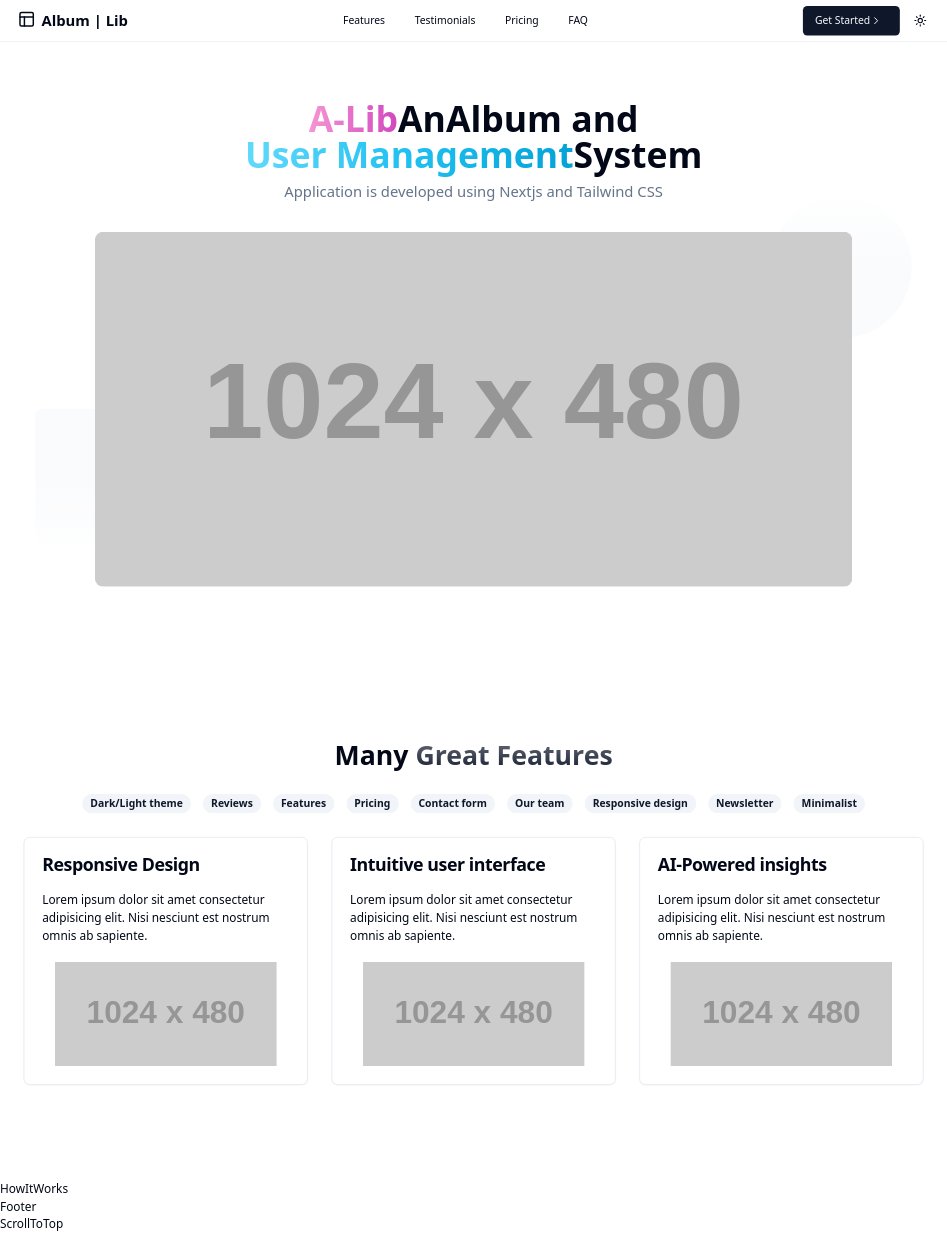
Repository: DevLaukey/savannah-informatics-test
Page: /
These files come from the project's save history. The page is drawn as it stood at one moment and after the next save; the edit follows.
The browser window is 1280 px wide. The pictures show the whole page, at 74% of full size.
The project was rebuilt for these pictures with package versions that can differ from the ones it lists, and the page was loaded fresh each time. The framework's server and built-in components were replaced by stand-ins that run in the browser. Also part of the build but not shown: next.config.mjs.

Above is the page before, as saved 2024-06-04 22:23:03.

### app/layout.jsx
import "./globals.css";
import { Inter as FontSans } from "next/font/google";

import { cn } from "@/lib/utils";
import { ThemeProvider } from "@/lib/theme-provider";

const fontSans = FontSans({
  subsets: ["latin"],
  variable: "--font-sans",
});

export default function RootLayout({ children }) {
  return (
    <html lang="en" suppressHydrationWarning>
      <head />
      <body
        className={cn(
          "min-h-screen bg-background font-sans antialiased",
          fontSans.variable
        )}
      >
        <ThemeProvider
          attribute="class"
          defaultTheme="system"
          enableSystem
          disableTransitionOnChange
        >
          {children}
        </ThemeProvider>
      </body>
    </html>
  );
}

### app/page.jsx
import Footer from "@/components/Footer";
import About from "@/components/landing-page/About";
import Hero from "@/components/landing-page/Hero";
import HowItWorks from "@/components/landing-page/HowItWorks";
import Navbar from "@/components/Navbar";
import ScrollToTop from "@/components/ScrollToTop";


// this is the landing page
export default function Home() {
  return (
    <>
      <Navbar />
      <Hero />
      <About />
      <HowItWorks />
      <Footer />
      <ScrollToTop />
    </>
  );
}

### components/landing-page/About.jsx
import { Badge } from "@/components/ui/badge";
import {
  Card,
  CardContent,
  CardFooter,
  CardHeader,
  CardTitle,
} from "@/components/ui/card";

const features = [
  {
    title: "Responsive Design",
    description:
      "Lorem ipsum dolor sit amet consectetur adipisicing elit. Nisi nesciunt est nostrum omnis ab sapiente.",
    image: "https://placehold.co/1024x480",
  },
  {
    title: "Intuitive user interface",
    description:
      "Lorem ipsum dolor sit amet consectetur adipisicing elit. Nisi nesciunt est nostrum omnis ab sapiente.",
    image: "https://placehold.co/1024x480",
  },
  {
    title: "AI-Powered insights",
    description:
      "Lorem ipsum dolor sit amet consectetur adipisicing elit. Nisi nesciunt est nostrum omnis ab sapiente.",
    image: "https://placehold.co/1024x480",
  },
];

const featureList = [
  "Dark/Light theme",
  "Reviews",
  "Features",
  "Pricing",
  "Contact form",
  "Our team",
  "Responsive design",
  "Newsletter",
  "Minimalist",
];

export const About = () => {
  return (
    <section id="features" className="container py-24 sm:py-32 space-y-8">
      <h2 className="text-3xl lg:text-4xl font-bold md:text-center">
        Many{" "}
        <span className="bg-gradient-to-b from-primary/60 to-primary text-transparent bg-clip-text">
          Great Features
        </span>
      </h2>

      <div className="flex flex-wrap md:justify-center gap-4">
        {featureList.map((feature) => (
          <div key={feature}>
            <Badge variant="secondary" className="text-sm">
              {feature}
            </Badge>
          </div>
        ))}
      </div>

      <div className="grid md:grid-cols-2 lg:grid-cols-3 gap-8">
        {features.map(({ title, description, image }) => (
          <Card key={title}>
            <CardHeader>
              <CardTitle>{title}</CardTitle>
            </CardHeader>

            <CardContent>{description}</CardContent>

            <CardFooter>
              <img
                src={image}
                alt="About feature"
                className="w-[200px] lg:w-[300px] mx-auto"
              />
            </CardFooter>
          </Card>
        ))}
      </div>
    </section>
  );
};

export default About;

### components/landing-page/Hero.jsx
const Hero = () => {
  return (
    <>
      {/* Hero */}
      <div className="relative overflow-hidden py-14 lg:py-20">
        <div className="container">
          <div className="max-w-2xl text-center mx-auto">
            <main className="text-3xl md:text-5xl font-bold">
              <h1 className="inline-block">
                <span className="inline bg-gradient-to-r from-[#F596D3] to-[#D247BF] text-transparent bg-clip-text">
                  A-Lib
                </span>
                An
              </h1>
              Album and
              <h2 className="inline-block">
                <span className="inline bg-gradient-to-r from-[#61DAFB] via-[#1fc0f1] to-[#03a3d7] text-transparent bg-clip-text">
                  User Management
                </span>
                System
              </h2>
            </main>

            <p className="mt-3 text-xl text-muted-foreground">
              Application is developed using Nextjs and Tailwind CSS
            </p>
          </div>
          <div className="mt-10 relative max-w-5xl mx-auto">
            <img
              src="https://placehold.co/1024x480"
              className="rounded-xl"
              alt="Image Description"
            />
            <div className="absolute bottom-12 -start-20 -z-[1] w-48 h-48 bg-gradient-to-b from-primary-foreground via-primary-foreground to-background p-px rounded-lg">
              <div className="w-48 h-48 rounded-lg bg-background/10" />
            </div>
            <div className="absolute -top-12 -end-20 -z-[1] w-48 h-48 bg-gradient-to-t from-primary-foreground via-primary-foreground to-background p-px rounded-full">
              <div className="w-48 h-48 rounded-full bg-background/10" />
            </div>
          </div>
        </div>
      </div>
      {/* End Hero */}
    </>
  );
};

export default Hero;

### components/landing-page/HowItWorks.jsx
import React from 'react'

function HowItWorks() {
  return (
    <div>HowItWorks</div>
  )
}

export default HowItWorks

### components/Navbar.jsx
"use client";
import React, { useState } from "react";
import {
  NavigationMenu,
  NavigationMenuItem,
  NavigationMenuList,
} from "@/components/ui/navigation-menu";
import {
  Sheet,
  SheetContent,
  SheetHeader,
  SheetTitle,
  SheetTrigger,
} from "@/components/ui/sheet";
import { Button, buttonVariants } from "./ui/button";
import { ChevronRight, Menu } from "lucide-react";
import ModeToggle from "./mode-toggle";
import { LogoIcon } from "./Icons";

const routeList = [
  {
    href: "#features",
    label: "Features",
  },
  {
    href: "#testimonials",
    label: "Testimonials",
  },
  {
    href: "#pricing",
    label: "Pricing",
  },
  {
    href: "#faq",
    label: "FAQ",
  },
];

const Navbar = () => {
  const [isOpen, setIsOpen] = useState(false);
  return (
    <header className="sticky border-b-[1px] top-0 z-40 w-full bg-white dark:border-b-slate-700 dark:bg-background">
      <NavigationMenu className="mx-auto">
        <NavigationMenuList className="container h-14 px-4 w-screen flex justify-between">
          <NavigationMenuItem className="font-bold flex">
            <a
              rel="noreferrer noopener"
              href="/"
              className="ml-2 font-bold text-xl flex"
            >
              <LogoIcon />
              Album | Lib
            </a>
          </NavigationMenuItem>

          {/* mobile */}
          <span className="flex md:hidden">
            <ModeToggle />

            <Sheet open={isOpen} onOpenChange={setIsOpen}>
              <SheetTrigger className="px-2">
                <Menu
                  className="flex md:hidden h-5 w-5"
                  onClick={() => setIsOpen(true)}
                >
                  <span className="sr-only">Menu Icon</span>
                </Menu>
              </SheetTrigger>

              <SheetContent side={"left"}>
                <SheetHeader>
                  <SheetTitle className="font-bold text-xl">
                    Shadcn/React
                  </SheetTitle>
                </SheetHeader>
                <nav className="flex flex-col justify-center items-center gap-2 mt-4">
                  {routeList.map(({ href, label }) => (
                    <a
                      rel="noreferrer noopener"
                      key={label}
                      href={href}
                      onClick={() => setIsOpen(false)}
                      className={buttonVariants({ variant: "ghost" })}
                    >
                      {label}
                    </a>
                  ))}
                  <Button>
                    Get Started
                    <ChevronRight className="mr-2 h-4 w-4" />
                  </Button>
                </nav>
              </SheetContent>
            </Sheet>
          </span>

          {/* desktop */}
          <nav className="hidden md:flex gap-2">
            {routeList.map((route, i) => (
              <a
                rel="noreferrer noopener"
                href={route.href}
                key={i}
                className={`text-[17px] ${buttonVariants({
                  variant: "ghost",
                })}`}
              >
                {route.label}
              </a>
            ))}
          </nav>

          <div className="hidden md:flex gap-2">
            <Button>
              Get Started
              <ChevronRight className="mr-2 h-4 w-4" />
            </Button>
            <ModeToggle />
          </div>
        </NavigationMenuList>
      </NavigationMenu>
    </header>
  );
};
export default Navbar;

### components/ScrollToTop.jsx
import React from 'react'

function ScrollToTop() {
  return (
    <div>ScrollToTop</div>
  )
}

export default ScrollToTop

### components/ui/badge.jsx
import * as React from "react"
import { cva } from "class-variance-authority";

import { cn } from "@/lib/utils"

const badgeVariants = cva(
  "inline-flex items-center rounded-full border px-2.5 py-0.5 text-xs font-semibold transition-colors focus:outline-none focus:ring-2 focus:ring-ring focus:ring-offset-2",
  {
    variants: {
      variant: {
        default:
          "border-transparent bg-primary text-primary-foreground hover:bg-primary/80",
        secondary:
          "border-transparent bg-secondary text-secondary-foreground hover:bg-secondary/80",
        destructive:
          "border-transparent bg-destructive text-destructive-foreground hover:bg-destructive/80",
        outline: "text-foreground",
      },
    },
    defaultVariants: {
      variant: "default",
    },
  }
)

function Badge({
  className,
  variant,
  ...props
}) {
  return (<div className={cn(badgeVariants({ variant }), className)} {...props} />);
}

export { Badge, badgeVariants }

### components/ui/card.jsx
import * as React from "react"

import { cn } from "@/lib/utils"

const Card = React.forwardRef(({ className, ...props }, ref) => (
  <div
    ref={ref}
    className={cn("rounded-lg border bg-card text-card-foreground shadow-sm", className)}
    {...props} />
))
Card.displayName = "Card"

const CardHeader = React.forwardRef(({ className, ...props }, ref) => (
  <div
    ref={ref}
    className={cn("flex flex-col space-y-1.5 p-6", className)}
    {...props} />
))
CardHeader.displayName = "CardHeader"

const CardTitle = React.forwardRef(({ className, ...props }, ref) => (
  <h3
    ref={ref}
    className={cn("text-2xl font-semibold leading-none tracking-tight", className)}
    {...props} />
))
CardTitle.displayName = "CardTitle"

const CardDescription = React.forwardRef(({ className, ...props }, ref) => (
  <p
    ref={ref}
    className={cn("text-sm text-muted-foreground", className)}
    {...props} />
))
CardDescription.displayName = "CardDescription"

const CardContent = React.forwardRef(({ className, ...props }, ref) => (
  <div ref={ref} className={cn("p-6 pt-0", className)} {...props} />
))
CardContent.displayName = "CardContent"

const CardFooter = React.forwardRef(({ className, ...props }, ref) => (
  <div
    ref={ref}
    className={cn("flex items-center p-6 pt-0", className)}
    {...props} />
))
CardFooter.displayName = "CardFooter"

export { Card, CardHeader, CardFooter, CardTitle, CardDescription, CardContent }

### components/ui/navigation-menu.jsx
import * as React from "react"
import * as NavigationMenuPrimitive from "@radix-ui/react-navigation-menu"
import { cva } from "class-variance-authority"
import { ChevronDown } from "lucide-react"

import { cn } from "@/lib/utils"

const NavigationMenu = React.forwardRef(({ className, children, ...props }, ref) => (
  <NavigationMenuPrimitive.Root
    ref={ref}
    className={cn(
      "relative z-10 flex max-w-max flex-1 items-center justify-center",
      className
    )}
    {...props}>
    {children}
    <NavigationMenuViewport />
  </NavigationMenuPrimitive.Root>
))
NavigationMenu.displayName = NavigationMenuPrimitive.Root.displayName

const NavigationMenuList = React.forwardRef(({ className, ...props }, ref) => (
  <NavigationMenuPrimitive.List
    ref={ref}
    className={cn(
      "group flex flex-1 list-none items-center justify-center space-x-1",
      className
    )}
    {...props} />
))
NavigationMenuList.displayName = NavigationMenuPrimitive.List.displayName

const NavigationMenuItem = NavigationMenuPrimitive.Item

const navigationMenuTriggerStyle = cva(
  "group inline-flex h-10 w-max items-center justify-center rounded-md bg-background px-4 py-2 text-sm font-medium transition-colors hover:bg-accent hover:text-accent-foreground focus:bg-accent focus:text-accent-foreground focus:outline-none disabled:pointer-events-none disabled:opacity-50 data-[active]:bg-accent/50 data-[state=open]:bg-accent/50"
)

const NavigationMenuTrigger = React.forwardRef(({ className, children, ...props }, ref) => (
  <NavigationMenuPrimitive.Trigger
    ref={ref}
    className={cn(navigationMenuTriggerStyle(), "group", className)}
    {...props}>
    {children}{" "}
    <ChevronDown
      className="relative top-[1px] ml-1 h-3 w-3 transition duration-200 group-data-[state=open]:rotate-180"
      aria-hidden="true" />
  </NavigationMenuPrimitive.Trigger>
))
NavigationMenuTrigger.displayName = NavigationMenuPrimitive.Trigger.displayName

const NavigationMenuContent = React.forwardRef(({ className, ...props }, ref) => (
  <NavigationMenuPrimitive.Content
    ref={ref}
    className={cn(
      "left-0 top-0 w-full data-[motion^=from-]:animate-in data-[motion^=to-]:animate-out data-[motion^=from-]:fade-in data-[motion^=to-]:fade-out data-[motion=from-end]:slide-in-from-right-52 data-[motion=from-start]:slide-in-from-left-52 data-[motion=to-end]:slide-out-to-right-52 data-[motion=to-start]:slide-out-to-left-52 md:absolute md:w-auto ",
      className
    )}
    {...props} />
))
NavigationMenuContent.displayName = NavigationMenuPrimitive.Content.displayName

const NavigationMenuLink = NavigationMenuPrimitive.Link

const NavigationMenuViewport = React.forwardRef(({ className, ...props }, ref) => (
  <div className={cn("absolute left-0 top-full flex justify-center")}>
    <NavigationMenuPrimitive.Viewport
      className={cn(
        "origin-top-center relative mt-1.5 h-[var(--radix-navigation-menu-viewport-height)] w-full overflow-hidden rounded-md border bg-popover text-popover-foreground shadow-lg data-[state=open]:animate-in data-[state=closed]:animate-out data-[state=closed]:zoom-out-95 data-[state=open]:zoom-in-90 md:w-[var(--radix-navigation-menu-viewport-width)]",
        className
      )}
      ref={ref}
      {...props} />
  </div>
))
NavigationMenuViewport.displayName =
  NavigationMenuPrimitive.Viewport.displayName

const NavigationMenuIndicator = React.forwardRef(({ className, ...props }, ref) => (
  <NavigationMenuPrimitive.Indicator
    ref={ref}
    className={cn(
      "top-full z-[1] flex h-1.5 items-end justify-center overflow-hidden data-[state=visible]:animate-in data-[state=hidden]:animate-out data-[state=hidden]:fade-out data-[state=visible]:fade-in",
      className
    )}
    {...props}>
    <div
      className="relative top-[60%] h-2 w-2 rotate-45 rounded-tl-sm bg-border shadow-md" />
  </NavigationMenuPrimitive.Indicator>
))
NavigationMenuIndicator.displayName =
  NavigationMenuPrimitive.Indicator.displayName

export {
  navigationMenuTriggerStyle,
  NavigationMenu,
  NavigationMenuList,
  NavigationMenuItem,
  NavigationMenuContent,
  NavigationMenuTrigger,
  NavigationMenuLink,
  NavigationMenuIndicator,
  NavigationMenuViewport,
}

### components/ui/sheet.jsx
"use client";
import * as React from "react"
import * as SheetPrimitive from "@radix-ui/react-dialog"
import { cva } from "class-variance-authority";
import { X } from "lucide-react"

import { cn } from "@/lib/utils"

const Sheet = SheetPrimitive.Root

const SheetTrigger = SheetPrimitive.Trigger

const SheetClose = SheetPrimitive.Close

const SheetPortal = SheetPrimitive.Portal

const SheetOverlay = React.forwardRef(({ className, ...props }, ref) => (
  <SheetPrimitive.Overlay
    className={cn(
      "fixed inset-0 z-50 bg-black/80  data-[state=open]:animate-in data-[state=closed]:animate-out data-[state=closed]:fade-out-0 data-[state=open]:fade-in-0",
      className
    )}
    {...props}
    ref={ref} />
))
SheetOverlay.displayName = SheetPrimitive.Overlay.displayName

const sheetVariants = cva(
  "fixed z-50 gap-4 bg-background p-6 shadow-lg transition ease-in-out data-[state=open]:animate-in data-[state=closed]:animate-out data-[state=closed]:duration-300 data-[state=open]:duration-500",
  {
    variants: {
      side: {
        top: "inset-x-0 top-0 border-b data-[state=closed]:slide-out-to-top data-[state=open]:slide-in-from-top",
        bottom:
          "inset-x-0 bottom-0 border-t data-[state=closed]:slide-out-to-bottom data-[state=open]:slide-in-from-bottom",
        left: "inset-y-0 left-0 h-full w-3/4 border-r data-[state=closed]:slide-out-to-left data-[state=open]:slide-in-from-left sm:max-w-sm",
        right:
          "inset-y-0 right-0 h-full w-3/4  border-l data-[state=closed]:slide-out-to-right data-[state=open]:slide-in-from-right sm:max-w-sm",
      },
    },
    defaultVariants: {
      side: "right",
    },
  }
)

const SheetContent = React.forwardRef(({ side = "right", className, children, ...props }, ref) => (
  <SheetPortal>
    <SheetOverlay />
    <SheetPrimitive.Content ref={ref} className={cn(sheetVariants({ side }), className)} {...props}>
      {children}
      <SheetPrimitive.Close
        className="absolute right-4 top-4 rounded-sm opacity-70 ring-offset-background transition-opacity hover:opacity-100 focus:outline-none focus:ring-2 focus:ring-ring focus:ring-offset-2 disabled:pointer-events-none data-[state=open]:bg-secondary">
        <X className="h-4 w-4" />
        <span className="sr-only">Close</span>
      </SheetPrimitive.Close>
    </SheetPrimitive.Content>
  </SheetPortal>
))
SheetContent.displayName = SheetPrimitive.Content.displayName

const SheetHeader = ({
  className,
  ...props
}) => (
  <div
    className={cn("flex flex-col space-y-2 text-center sm:text-left", className)}
    {...props} />
)
SheetHeader.displayName = "SheetHeader"

const SheetFooter = ({
  className,
  ...props
}) => (
  <div
    className={cn("flex flex-col-reverse sm:flex-row sm:justify-end sm:space-x-2", className)}
    {...props} />
)
SheetFooter.displayName = "SheetFooter"

const SheetTitle = React.forwardRef(({ className, ...props }, ref) => (
  <SheetPrimitive.Title
    ref={ref}
    className={cn("text-lg font-semibold text-foreground", className)}
    {...props} />
))
SheetTitle.displayName = SheetPrimitive.Title.displayName

const SheetDescription = React.forwardRef(({ className, ...props }, ref) => (
  <SheetPrimitive.Description
    ref={ref}
    className={cn("text-sm text-muted-foreground", className)}
    {...props} />
))
SheetDescription.displayName = SheetPrimitive.Description.displayName

export {
  Sheet,
  SheetPortal,
  SheetOverlay,
  SheetTrigger,
  SheetClose,
  SheetContent,
  SheetHeader,
  SheetFooter,
  SheetTitle,
  SheetDescription,
}

### components/ui/button.jsx
import * as React from "react"
import { Slot } from "@radix-ui/react-slot"
import { cva } from "class-variance-authority";

import { cn } from "@/lib/utils"

const buttonVariants = cva(
  "inline-flex items-center justify-center whitespace-nowrap rounded-md text-sm font-medium ring-offset-background transition-colors focus-visible:outline-none focus-visible:ring-2 focus-visible:ring-ring focus-visible:ring-offset-2 disabled:pointer-events-none disabled:opacity-50",
  {
    variants: {
      variant: {
        default: "bg-primary text-primary-foreground hover:bg-primary/90",
        destructive:
          "bg-destructive text-destructive-foreground hover:bg-destructive/90",
        outline:
          "border border-input bg-background hover:bg-accent hover:text-accent-foreground",
        secondary:
          "bg-secondary text-secondary-foreground hover:bg-secondary/80",
        ghost: "hover:bg-accent hover:text-accent-foreground",
        link: "text-primary underline-offset-4 hover:underline",
      },
      size: {
        default: "h-10 px-4 py-2",
        sm: "h-9 rounded-md px-3",
        lg: "h-11 rounded-md px-8",
        icon: "h-10 w-10",
      },
    },
    defaultVariants: {
      variant: "default",
      size: "default",
    },
  }
)

const Button = React.forwardRef(({ className, variant, size, asChild = false, ...props }, ref) => {
  const Comp = asChild ? Slot : "button"
  return (
    (<Comp
      className={cn(buttonVariants({ variant, size, className }))}
      ref={ref}
      {...props} />)
  );
})
Button.displayName = "Button"

export { Button, buttonVariants }

### components/mode-toggle.jsx
import React from "react";
import { Button } from "@/components/ui/button";
import {
  DropdownMenu,
  DropdownMenuContent,
  DropdownMenuItem,
  DropdownMenuTrigger,
} from "@/components/ui/dropdown-menu";
import { useTheme } from "@/lib/theme-provider";
import { Moon, Sun } from "lucide-react";

export default function ModeToggle() {
  const { setTheme } = useTheme();

  return (
    <DropdownMenu>
      <DropdownMenuTrigger asChild>
        <Button variant="ghost" size="icon" className="ghost">
          <Sun className="h-[1.1rem] w-[1.2rem] rotate-0 scale-100 transition-all dark:-rotate-90 dark:scale-0" />
          <Moon className="absolute h-[1.1rem] w-[1.2rem] rotate-90 scale-0 transition-all dark:rotate-0 dark:scale-100" />
          <span className="sr-only">Toggle theme</span>
        </Button>
      </DropdownMenuTrigger>
      <DropdownMenuContent align="end">
        <DropdownMenuItem onClick={() => setTheme("light")}>
          Light
        </DropdownMenuItem>
        <DropdownMenuItem onClick={() => setTheme("dark")}>
          Dark
        </DropdownMenuItem>
        <DropdownMenuItem onClick={() => setTheme("system")}>
          System
        </DropdownMenuItem>
      </DropdownMenuContent>
    </DropdownMenu>
  );
}

### components/Icons.jsx
export const LogoIcon = () => {
  return (
    <svg
      xmlns="http://www.w3.org/2000/svg"
      viewBox="0 0 24 24"
      fill="none"
      stroke="currentColor"
      strokeWidth="2"
      strokeLinecap="round"
      strokeLinejoin="round"
      className="lucide lucide-panels-top-left mr-2 w-6 h-6"
    >
      <rect width="18" height="18" x="3" y="3" rx="2" />
      <path d="M3 9h18" />
      <path d="M9 21V9" />
    </svg>
  );
};

Loaded but not shown: app/globals.css (common file); lib/utils.js (common file); components/Footer.jsx (common file); tailwind.config.js (82 lines, source omitted); lib/theme-provider.js (60 lines, source omitted); components/ui/dropdown-menu.jsx (157 lines, source omitted)

After the next save:
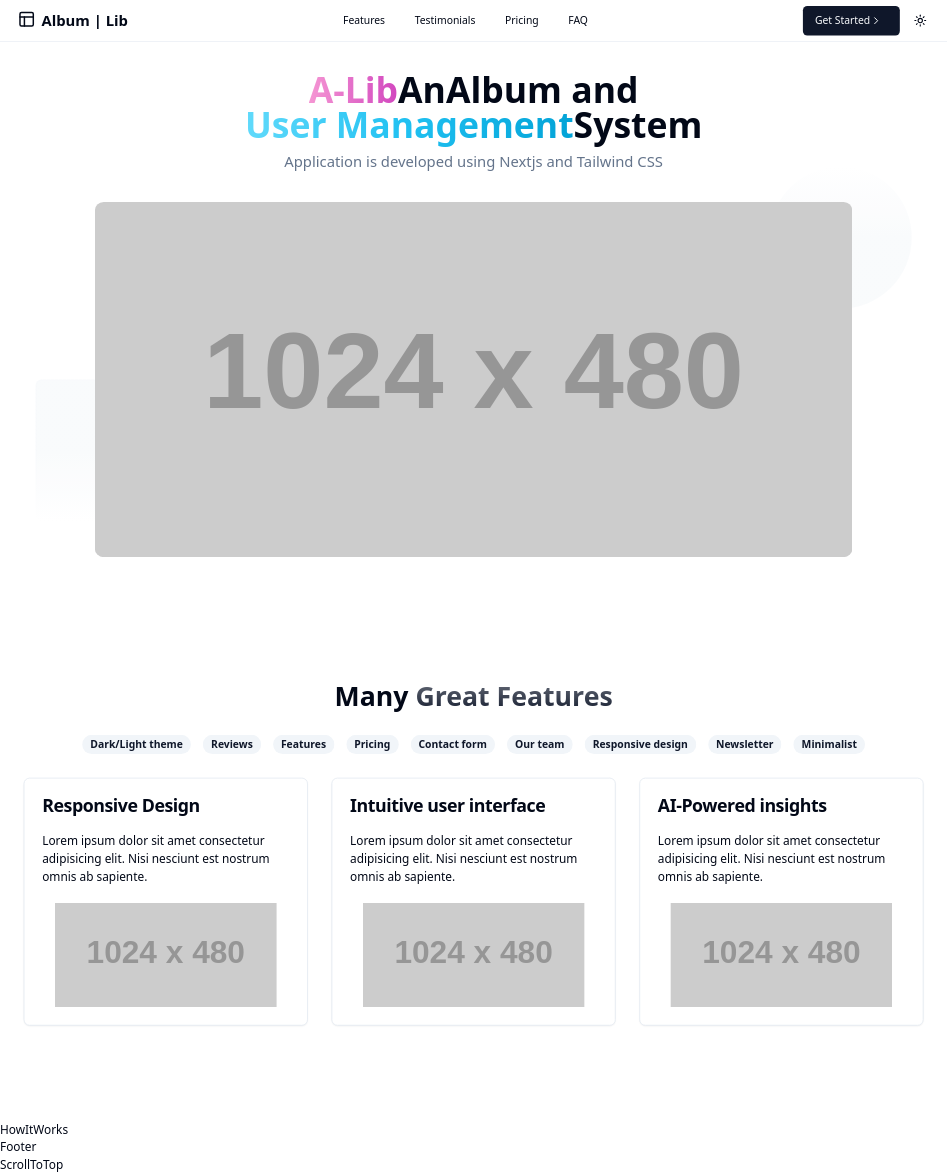
Saved 9 s later.
--- a/components/landing-page/Hero.jsx
+++ b/components/landing-page/Hero.jsx
@@ -2,7 +2,7 @@ const Hero = () => {
   return (
     <>
       {/* Hero */}
-      <div className="relative overflow-hidden py-14 lg:py-20">
+      <div className="relative overflow-hidden py-14 lg:py-10">
         <div className="container">
           <div className="max-w-2xl text-center mx-auto">
             <main className="text-3xl md:text-5xl font-bold">
